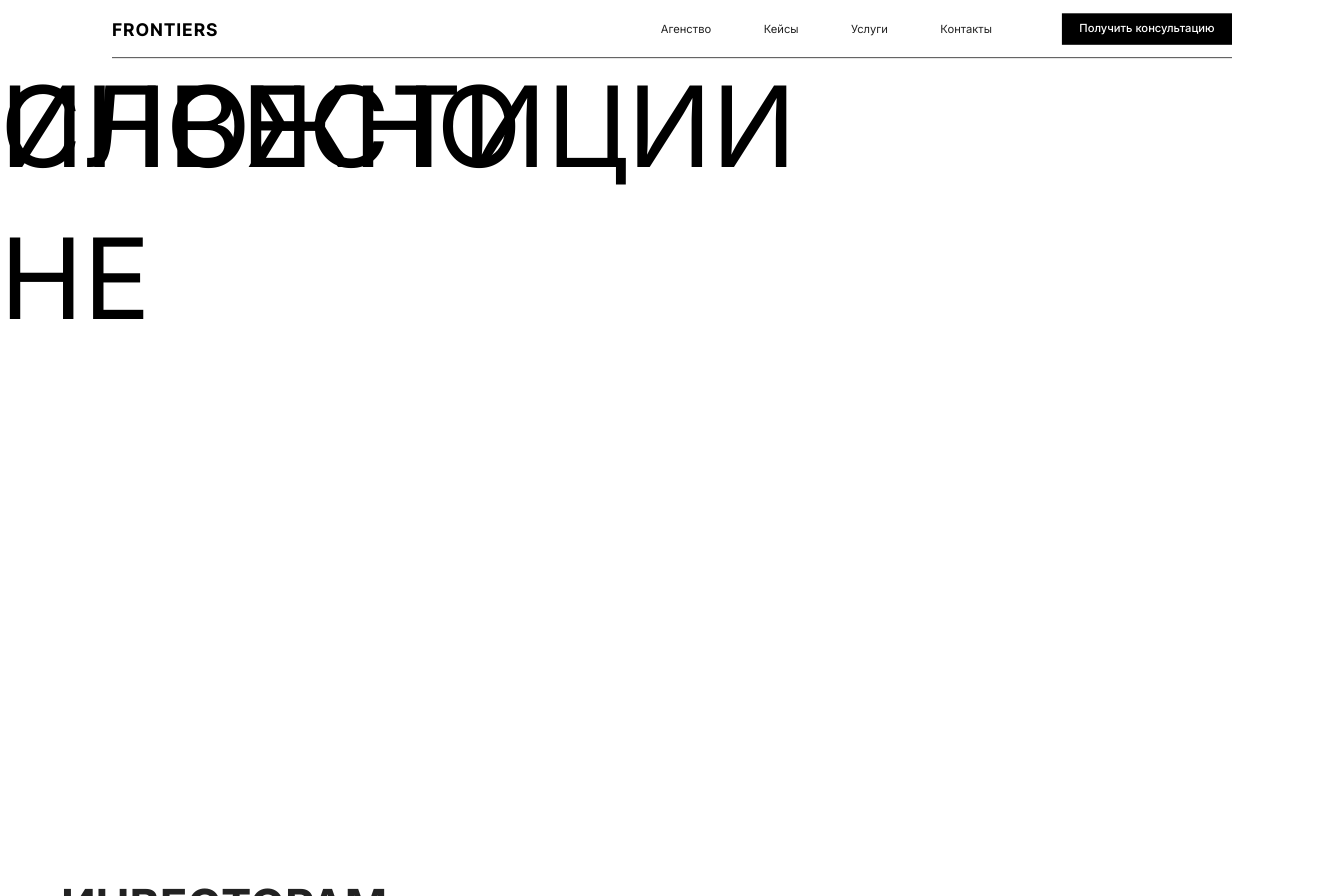
Repository: NadyaKorvin/frontiers
Page: /
The author's editor kept a copy of each file at every save. The page is drawn from the files as they stood at one save, then again after the next save.
The browser window is 1280 px wide. The page is 1920 px wide, so the pictures cover 1920 px, including what lies to the right of the window. The pictures show the part of the page from y = 0 to 1280 px (the page is 1728 px tall), at 70% of full size.
The project was rebuilt for these pictures with package versions that can differ from the ones it lists, and the page was loaded fresh each time.

Above is the page before, as saved 2022-05-23 04:38:10.

### public/index.html
<!DOCTYPE html>
<html lang="en">
  <head>
    <meta charset="utf-8" />
    <link rel="icon" href="%PUBLIC_URL%/favicon.ico" />
    <meta name="viewport" content="width=device-width, initial-scale=1" />
    <meta name="theme-color" content="#000000" />
    <meta name="description" content="Web site created using create-react-app" />
    <link rel="apple-touch-icon" href="%PUBLIC_URL%/logo192.png" />
    <link rel="manifest" href="%PUBLIC_URL%/manifest.json" />
    <link rel="preconnect" href="https://fonts.googleapis.com" />
    <link rel="preconnect" href="https://fonts.gstatic.com" crossorigin />
    <link href="https://fonts.googleapis.com/css2?family=Inter:wght@300;400;500;700&display=swap" rel="stylesheet" />
    <title>FRONTIERS</title>
  </head>
  <body>
    <noscript>You need to enable JavaScript to run this app.</noscript>
    <div id="root"></div>
  </body>
</html>

### src/index.js
import React from "react"
import ReactDOM from "react-dom/client"

import App from "./App"

const root = ReactDOM.createRoot(document.getElementById("root"))
root.render(
  <React.StrictMode>
    <App />
  </React.StrictMode>
)

### src/App.js
import { useState } from "react";
import "./App.css";
import { SecondScreenAnimation } from "./components/secondScreen/SecondScreenAnimation";
import FirstScreenAnimation from "./components/firstScreen/FirstScreenAnimation";

function App() {
  const [mousePosition, setMousePosition] = useState("");

  const listenUpperMousePosition = (event) => {
    console.log(event);
    console.log(event.target);
    setMousePosition(event.target);
  };

  return (
    <>
      <FirstScreenAnimation />
      <div className="App">
        <SecondScreenAnimation listenMousePosition={listenUpperMousePosition} />
      </div>
    </>
  );
}
export default App;

### src/App.css
@import url("./reset.css");
@import url("./components/secondScreen/SecondScreen.css");
@import url("./font/font.css");

body {
  font-family: "Inter";
}

### src/components/secondScreen/SecondScreenAnimation.js
export function SecondScreenAnimation({ listenMousePosition, mousePosition }) {
  let goUp = ""
  const goUpBlackLines = (mousePosition) => {
    if (mousePosition === "animation__text_first_part") {
      goUp = "up"
      return goUp
    }
  }
  goUpBlackLines(mousePosition)
  console.log(goUp)
  return (
    <div className="animation__text_block">
      {goUp != "up" ? (
        <div>
          <div className="animation__text" onMouseOver={listenMousePosition}>
            <p className="animation__text_first_part">Инвесторам сложно найти хорошие проекты,</p>
            <p className="animation__text_second_part">а хорошим проектам — инвестиции.</p>
          </div>
          <div className="animation__black_lines">
            <div className="animation__1th_black_line"></div>
            <div className="animation__2th_black_line"></div>
            <div className="animation__3th_black_line"></div>
          </div>
        </div>
      ) : (
        <div>
          <div className="animation__text" onMouseOver={listenMousePosition}>
            <p className="animation__text_first_part" style={{ color: "#fff" }}>
              Инвесторам сложно найти хорошие проекты,
            </p>
            <p className="animation__text_second_part" style={{ color: "#000" }}>
              а хорошим проектам — инвестиции.
            </p>
          </div>
          <div className="animation__black_lines">
            <div className="animation__1th_black_line" style={{ width: "484px", marginTop: "-475px" }}></div>
            <div className="animation__2th_black_line" style={{ width: "586px" }}></div>
            <div className="animation__3th_black_line" style={{ width: "722px" }}></div>
          </div>
        </div>
      )}
    </div>
  )
}

### src/components/firstScreen/FirstScreenAnimation.js
import React from "react";
import style from "./FirstScreen.module.css";

export default function FirstScreenAnimation() {
  return (
    <>
      <section className={style.first__screen}>
        <div className={style.header}>
          <div className={style.logotype}>FRONTIERS</div>
          <nav className={style.nav__sidebar}>
            <ul>Агенство</ul>
            <ul>Кейсы</ul>
            <ul>Услуги</ul>
            <ul>Контакты</ul>
          </nav>
          <div className={style.button}>
            <p className={style.text__btn}>Получить консультацию</p>
          </div>
        </div>
        <div className={style.content}>
          <p>ИНВЕСТИЦИИ</p>
          <p>НЕ</p>
          <p>СЛОЖНО</p>

        </div>
      </section>
    </>
  );
}

### src/reset.css
html,
body,
div,
span,
applet,
object,
iframe,
h1,
h2,
h3,
h4,
h5,
h6,
p,
blockquote,
pre,
a,
abbr,
acronym,
address,
big,
cite,
code,
del,
dfn,
em,
img,
ins,
kbd,
q,
s,
samp,
small,
strike,
strong,
sub,
sup,
tt,
var,
b,
u,
i,
center,
dl,
dt,
dd,
ol,
ul,
li,
fieldset,
form,
label,
legend,
table,
caption,
tbody,
tfoot,
thead,
tr,
th,
td,
article,
aside,
canvas,
details,
embed,
figure,
figcaption,
footer,
header,
hgroup,
menu,
nav,
output,
ruby,
section,
summary,
time,
mark,
audio,
video {
  margin: 0;
  padding: 0;
  border: 0;
  font-size: 100%;
  font: inherit;
  vertical-align: baseline;
}

:focus {
  outline: 0;
}

article,
aside,
details,
figcaption,
figure,
footer,
header,
hgroup,
menu,
nav,
section {
  display: block;
}

body {
  line-height: 1;
}

ol,
ul {
  list-style: none;
}

blockquote,
q {
  quotes: none;
}

blockquote:before,
blockquote:after,
q:before,
q:after {
  content: "";
  content: none;
}

table {
  border-collapse: collapse;
  border-spacing: 0;
}

input[type="search"]::-webkit-search-cancel-button,
input[type="search"]::-webkit-search-decoration,
input[type="search"]::-webkit-search-results-button,
input[type="search"]::-webkit-search-results-decoration {
  -webkit-appearance: none;
  -moz-appearance: none;
}

input[type="search"] {
  -webkit-appearance: none;
  -moz-appearance: none;
  -webkit-box-sizing: content-box;
  -moz-box-sizing: content-box;
  box-sizing: content-box;
}

textarea {
  overflow: auto;
  vertical-align: top;
  resize: vertical;
}

[hidden] {
  display: none;
}

html {
  font-size: 100%; /* 1 */
  -webkit-text-size-adjust: 100%; /* 2 */
  -ms-text-size-adjust: 100%; /* 2 */
}

a:focus {
  outline: thin dotted;
}

a:active,
a:hover {
  outline: 0;
}

img {
  border: 0;
  -ms-interpolation-mode: bicubic;
}

figure {
  margin: 0;
}

form {
  margin: 0;
}

fieldset {
  border: 1px solid #c0c0c0;
  margin: 0 2px;
  padding: 0.35em 0.625em 0.75em;
}

legend {
  border: 0; /* 1 */
  padding: 0;
  white-space: normal; /* 2 */
  *margin-left: -7px; /* 3 */
}

button,
input,
select,
textarea {
  font-size: 100%; /* 1 */
  margin: 0; /* 2 */
  vertical-align: baseline; /* 3 */
  *vertical-align: middle; /* 3 */
}

button,
input {
  line-height: normal;
}

button,
select {
  text-transform: none;
}

button,
html input[type="button"], /* 1 */
input[type="reset"],
input[type="submit"] {
  -webkit-appearance: button; /* 2 */
  cursor: pointer; /* 3 */
  *overflow: visible; /* 4 */
}

button[disabled],
html input[disabled] {
  cursor: default;
}

input[type="checkbox"],
input[type="radio"] {
  box-sizing: border-box; /* 1 */
  padding: 0; /* 2 */
  *height: 13px; /* 3 */
  *width: 13px; /* 3 */
}

input[type="search"] {
  -webkit-appearance: textfield; /* 1 */
  -moz-box-sizing: content-box;
  -webkit-box-sizing: content-box; /* 2 */
  box-sizing: content-box;
}

input[type="search"]::-webkit-search-cancel-button,
input[type="search"]::-webkit-search-decoration {
  -webkit-appearance: none;
}

button::-moz-focus-inner,
input::-moz-focus-inner {
  border: 0;
  padding: 0;
}

textarea {
  overflow: auto; /* 1 */
  vertical-align: top; /* 2 */
}

table {
  border-collapse: collapse;
  border-spacing: 0;
}

html,
button,
input,
select,
textarea {
  color: #222;
}

::-moz-selection {
  background: #b3d4fc;
  text-shadow: none;
}

::selection {
  background: #b3d4fc;
  text-shadow: none;
}

img {
  vertical-align: middle;
}

fieldset {
  border: 0;
  margin: 0;
  padding: 0;
}

textarea {
  resize: vertical;
}

.chromeframe {
  margin: 0.2em 0;
  background: #ccc;
  color: #000;
  padding: 0.2em 0;
}

### src/components/secondScreen/SecondScreen.css
.second__screen {
  display: flex;
}

.animation__text_block {
  margin-top: 174px;
  margin-left: 87px;
  width: 770px;
}

.animation__text_first_part,
.animation__text_second_part {
  text-transform: uppercase;
  font-size: 65px;
  font-weight: 700;
  line-height: 79px;
  transition: 0.5s ease-out;
}

.animation__text_second_part {
  color: #fff;
}

.animation__black_lines {
  margin-left: -10px;
  margin-top: -236px;
}

.animation__1th_black_line {
  margin-bottom: 5px;
  height: 75px;
  width: 444px;
  background-color: #000;
  transition: 0.5s ease-out;
}

.animation__2th_black_line {
  margin-bottom: 5px;
  height: 75px;
  width: 475px;
  background-color: #000;
  transition: 0.5s ease-out;
}
.animation__3th_black_line {
  height: 75px;
  width: 502px;
  background-color: #000;
  transition: 0.5s ease-out;
}

### src/font/font.css
@font-face {
  font-family: "Inter";
  src:
    url("./Inter-Bold.ttf") format("truetype")
    url("./Inter-Bold.woff2") format("woff2"),
    url("./Inter-Bold.woff") format("woff");
  font-weight: 700;
  font-style: normal;
  font-stretch: normal;
  unicode-range: U+0020-E0D0;
}

@font-face {
  font-family: "Inter";
  src:
    url("./Inter-Regular.woff2") format("woff2"),
    url("./Inter-Regular.ttf") format("truetype")
    url("./Inter-Regular.woff") format("woff");
  font-weight: 400;
  font-style: normal;
  font-stretch: normal;
  unicode-range: U+0020-E0D0;
}

@font-face {
    font-family:'Inter Medium';
    src:
        url("./Inter-Medium.ttf") format("truetype")
        url('Inter-Medium.woff2') format('woff2'),
		url('Inter-Medium.woff') format('woff');
    font-weight: 500;
    font-style: normal;
    font-stretch: normal;
    unicode-range: U+0020-E0D0;
}

@font-face {
    font-family:'Inter Light';
    src:
        url("./Inter-Light.ttf") format("truetype")
        url('Inter-Light.woff2') format('woff2'),
		url('Inter-Light.woff') format('woff');
    font-weight: 300;
    font-style: normal;
    font-stretch: normal;
    unicode-range: U+0020-E0D0;
}

### src/components/firstScreen/FirstScreen.module.css
.first__screen {
  width: 1920px;
  height: 1080px;
}

.header {
  width: 1600px;
  height: 82px;
  margin: 0 160px;
  border-bottom: 1px solid #000000;
  display: flex;
}

.logotype {
  width: 151px;
  height: 30px;
  padding-top: 27px;
  font-family: "Inter";
  font-style: normal;
  font-weight: 700;
  font-size: 25px;
  line-height: 30px;
  letter-spacing: 0.05em;
  color: #000000;
}

.nav__sidebar {
  display: flex;
  justify-content: space-between;
  width: 473px;
  padding-top: 33px;
  padding-left: 633px;
}

.button {
  position: absolute;
  width: 243px;
  height: 45px;
  left: 1517px;
  top: 19px;
  background: #000000;
}

.text__btn {
  padding-top: 12px;
  padding-bottom: 12px;
  font-family: "Inter";
  font-style: normal;
  font-weight: 500;
  font-size: 16px;
  line-height: 19px;
  text-align: center;
  color: #ffffff;
}

.content > p {
  position: absolute;
  font-family: "Inter";
  font-style: normal;
  font-weight: 400;
  font-size: 160px;
  line-height: 194px;
  text-transform: uppercase;
  color: #000000;
}

p:nth-child(1) {
    : 30px;
}

p:nth-child(2) {
    top: 300px;
}

After the next save:
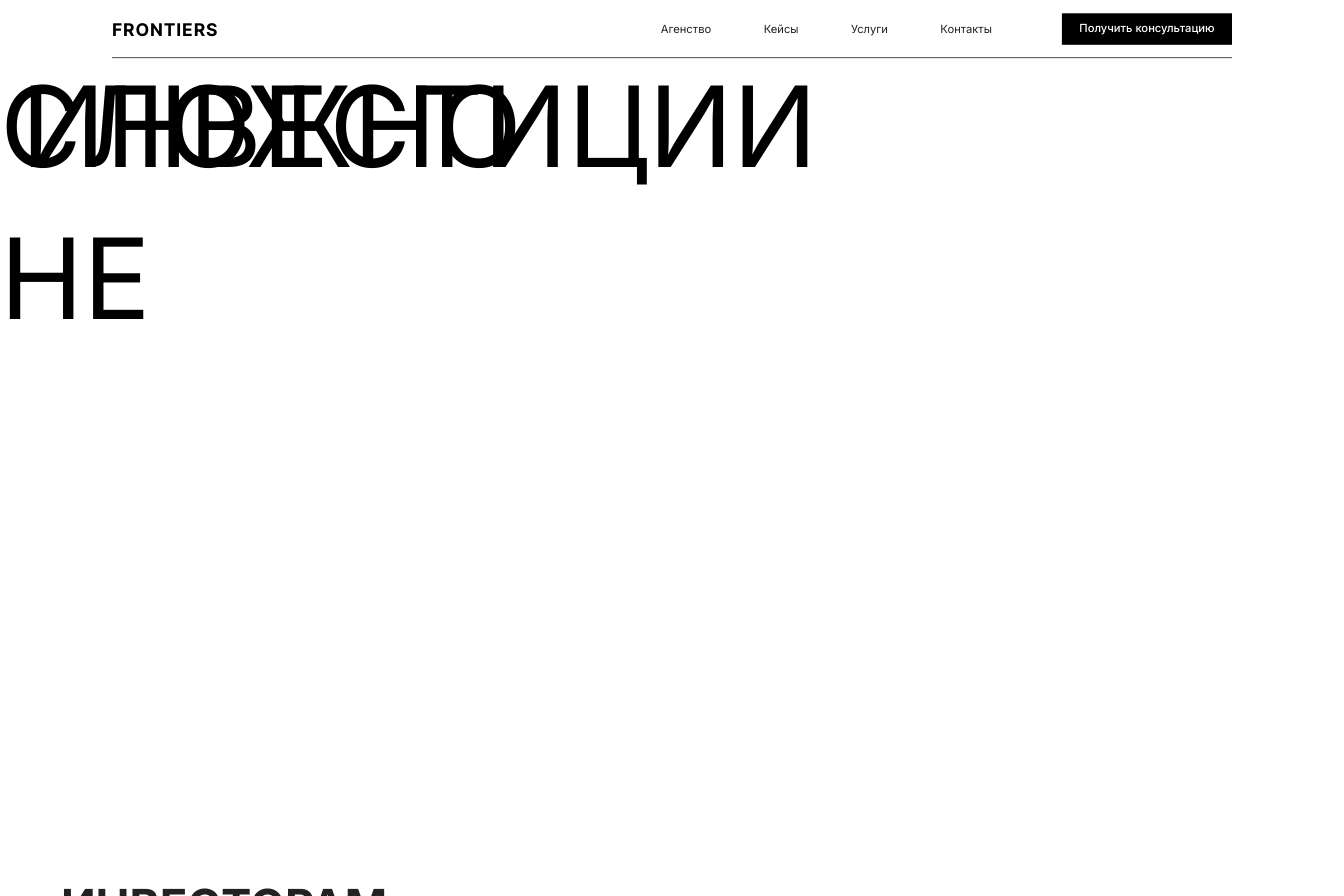
Saved 6 s later.
--- a/src/components/firstScreen/FirstScreen.module.css
+++ b/src/components/firstScreen/FirstScreen.module.css
@@ -65,7 +65,7 @@
 }
 
 p:nth-child(1) {
-    : 30px;
+    left: 30px;
 }
 
 p:nth-child(2) {
